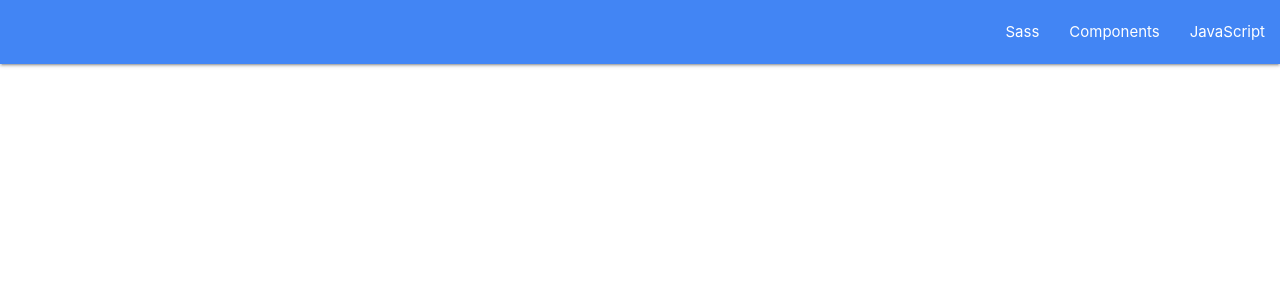
Repository: technojam/technojam-frontend
Page: Index.html
An editor plug-in stored every save of this project. The page is shown before and after the next save, followed by the edit.
The browser window is 1280 px wide. The pictures show the whole page.

Above is the page before, as saved 2019-08-27 20:10:49.

### Index.html
<HTML>
    <head>
        <title>Technojam</title></head>
        <link rel="stylesheet" href="https://cdnjs.cloudflare.com/ajax/libs/materialize/1.0.0/css/materialize.min.css">
        <link rel="Stylesheet" href="./style.css">
        <script src="https://cdnjs.cloudflare.com/ajax/libs/materialize/1.0.0/js/materialize.min.js"></script>
    <body>
      <nav>
        <div class="nav-wrapper">
          <a href="#" class="brand-logo"></a>
          <ul id="nav-mobile" class="right hide-on-med-and-down">
                <li><a href="sass.html">Sass</a></li>
                <li><a href="badges.html">Components</a></li>
                <li><a href="collapsible.html">JavaScript</a></li>
          </ul>
        </div>
      </nav>

    </body>
</HTML>

### style.css
nav{
    background-color: #4285F4;
}
@media #{$small-and-down} {
    nav{

    }

  }

After the next save:
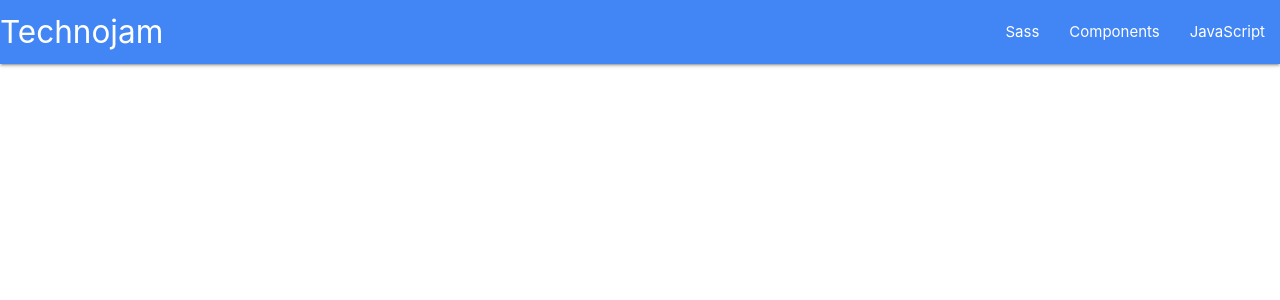
Saved 25 s later.
--- a/Index.html
+++ b/Index.html
@@ -7,7 +7,7 @@
     <body>
       <nav>
         <div class="nav-wrapper">
-          <a href="#" class="brand-logo"></a>
+          <a href="#" class="brand-logo"> Technojam</a>
           <ul id="nav-mobile" class="right hide-on-med-and-down">
                 <li><a href="sass.html">Sass</a></li>
                 <li><a href="badges.html">Components</a></li>
